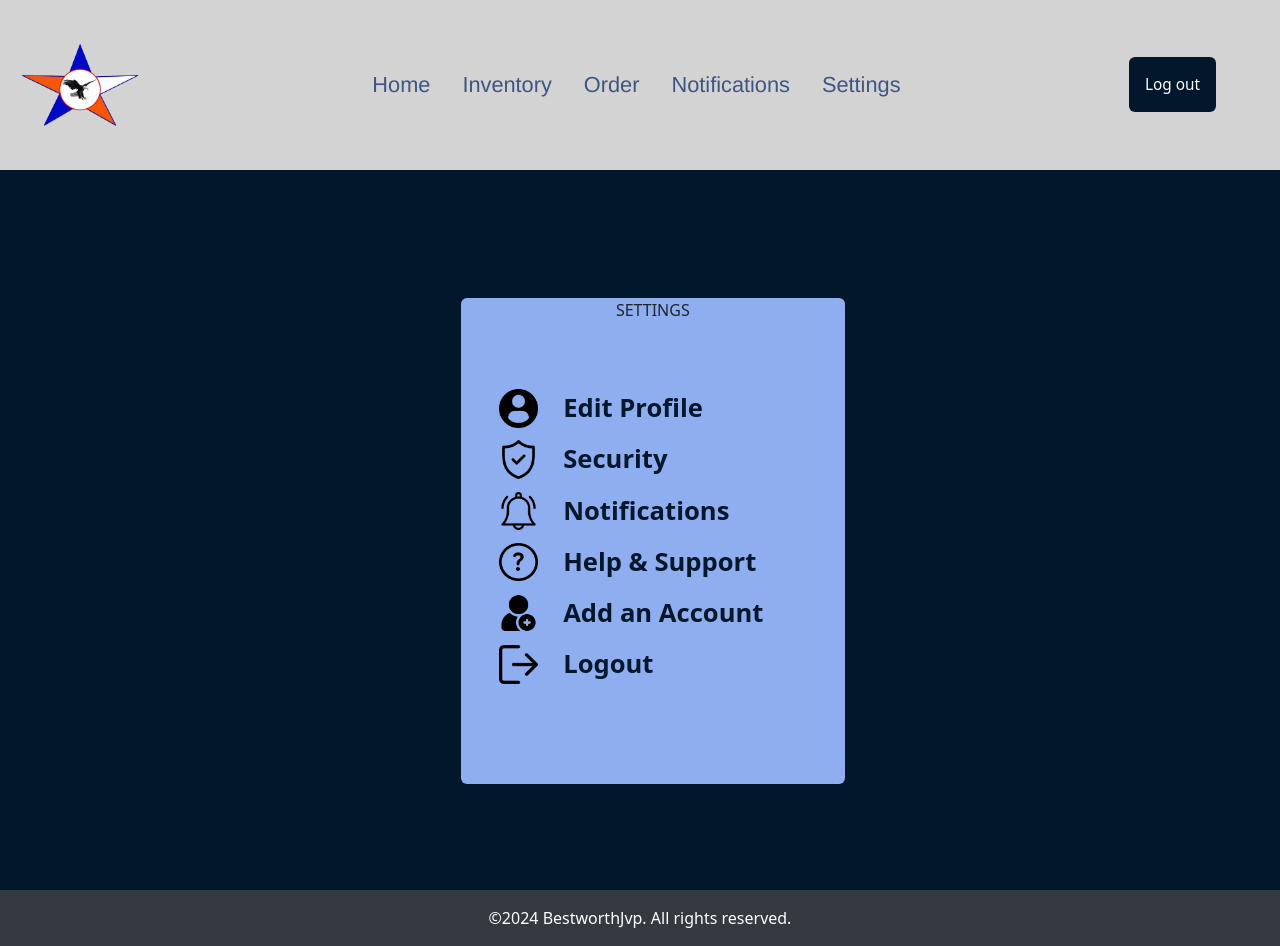
Repository: OVictor21/inventory
Page: /Setting
An editor plug-in stored every save of this project. The page is shown before and after a run of saves, followed by the edit.
The browser window is 1280 px wide. The pictures show the whole page.
The project was rebuilt for these pictures with package versions that can differ from the ones it lists, and the page was loaded fresh each time. Also part of the build but not shown: src/components/login.jsx, src/components/signup.jsx, src/components/reset1.jsx, src/components/reset2.jsx, src/pages/Admin.jsx.

Above is the page before, as saved 2024-12-16 19:58:18.

### src/index.css

.logo {
  background-size: cover;
  background-repeat: no-repeat;
  background-position: center;
  height: auto;
  width:9rem ;
}

.sign-in{
  width: 40vw;
  height: 65vw;
  left: 45vw;
  top: -10vw;
  overflow: hidden;
}

.login {
  display: flex;
  flex-direction: column;
  min-height: 100vh;
  overflow: hidden;

}

.nav-body {
  flex-grow: 1;
  background-color: #D3D3D3;
  width: 35vw;
  height: 65vw;
}

.text{
  top: 5vw;
  left: 6vw;
  background: linear-gradient(180deg, rgb(51, 85, 136) 13.5%, rgb(206, 208, 214) 100%);
  -webkit-background-clip: text !important;
  background-clip: text;
  -webkit-text-fill-color: transparent;
  text-fill-color: transparent;
  font-family: "Montserrat-Bold", Helvetica;
  font-weight: 700;
  color: transparent;
  font-size: 4vw;
  letter-spacing: 0;
  line-height: normal;
}



.text-wrapper-8 {
  background: linear-gradient(180deg, rgb(51, 85, 136) 13.5%, rgb(206, 208, 214) 100%);
  -webkit-background-clip: text !important;
  background-clip: text;
  -webkit-text-fill-color: transparent;
  text-fill-color: transparent;
  font-family: "Montserrat-Bold", Helvetica;
  font-weight: 600;
  color: transparent;
  font-size: 2vw;
  letter-spacing: 0;
  line-height: normal;
  top: 13vw;
  left: 6vw;
}

.email-text{
  font-size: 1.2vw;

}

.email{
  top: 17vw;
  left: 6vw;
}

.email-in{
  top: 23vw;
  left: 6vw;
  width: 80%;
  max-width: 80%;
  height: 5%;
}

.pass{
  top: 27vw;
  left: 6vw;
}

.pass-in{
  top: 33vw;
  left: 6vw;
  width: 80%;
  max-width: 80%;
  height: 5%;

}

.text-wrapper-7{
  font-family: "Montserrat-Regular", Helvetica;
  font-weight: 400;
  color: #00000061;
  font-size: 1.3vw;
  letter-spacing: 0;
  line-height: normal;
  top: 30vw;
  text-decoration: none;
  right: 2vw;
}



.sign-btn{
  background: linear-gradient(180deg, rgb(51, 85, 136) 93.5%, rgb(206, 208, 214) 97%);
  font-family: "Montserrat-Bold", Helvetica;
  font-weight: 700;
  font-size: 1.5rem;
  letter-spacing: 0;
  line-height: normal;
  width: 80%;
  height: 3rem;
  top: 42vw;
  left: 6vw;
  /* box-shadow: 0px 22px 75px #00000040; */
}


.acct{
  font-family: "Montserrat-Regular", Helvetica;
  font-weight: 700;
  color: #000000;
  font-size: 1.5vw;
  letter-spacing: 0;
  line-height: normal;
  top: 52vw;
  left: 6vw;
}

.acct-1{
  font-family: "Montserrat-Bold", Helvetica;
  font-weight: 700;
  color: rgb(51, 85, 136);
  font-size: 1.5vw;
  text-decoration: none;
  letter-spacing: 0;
  line-height: normal;
  top: 52vw;
  right: 3vw;
}



.pass-text{
font-size: 1.2vw;
}
.footer-body {
  background-color: #343a40; /* Example background color */
  text-align: center;
  padding: 1rem 0;
  margin-top: auto; /* Pushes the footer to the bottom */
}



.side{
  background-color: #D3D3D3;
}
.footers{
  top: 99vh;
  right: 0vw;
  background-color: #343a40;
}

.signuptext{
  top: 5vw;
  left: 6vw;
  background: linear-gradient(180deg, rgb(51, 85, 136) 13.5%, rgb(206, 208, 214) 100%);
  -webkit-background-clip: text !important;
  background-clip: text;
  -webkit-text-fill-color: transparent;
  text-fill-color: transparent;
  font-family: "Montserrat-Bold", Helvetica;
  font-weight: 700;
  color: transparent;
  font-size: 3vw;
  letter-spacing: 0;
  line-height: normal;
}

.nav{
  background-color: #D3D3D3;
}

.logo{
  width: 10vw;
  height: 7vw;
}

nav {
  background-color: #D3D3D3;

}


.navbar-brand img {
  max-width: 10vw;
  min-width: 5vw;
}

.navv{
  color: white;
}

.nav-text-current {
  font-family: "Montserrat", Helvetica;
  font-weight: 700;
  color: #ffffff;
  font-size: 1.5vw;
}

.nav-text {
  font-family: "Montserrat", Helvetica;
  font-weight: 700;
  color: #ffffff;
  font-size: 2.5vw;

}

.nav-link.nav-text {
  font-family: "Montserrat", Helvetica;
  font-weight: 400;
  color: #3d5583 !important;
  font-size: 1.7vw;
}

.navbar-nav .nav-link.nav-text:hover {
  color: rgb(143, 174, 240) !important;
}

.logout{
  background-color: #03172c !important;
}

.logout:hover {
  color: rgb(143, 174, 240) !important;
}

.nav-link.nav-text-2{
  color: white;
  font-size: 1.2vw;
}

.nav-link.nav-text-2:hover{
  color: rgb(143, 174, 240) !important;
}

.admin-body{
  background-color: #03172c;
}

.inventory{
  width: 35vw;
  height: 10vw;
  background-color:rgb(143, 174, 240) ;
  overflow: hidden;
}

.inventory-logo{
  width: 5vw;
  height: 3vw;
}

.admin-text{
  font-size: 2vw;
  font-weight: 600;
  color: #03172c ;
  left: 16vw;
  top:3vw;
}

.admin-footer {
  background-color: #343a40; /* Example background color */
  text-align: center;
  padding: 1rem 0;
  margin-top: auto; /* Pushes the footer to the bottom */
}

.admin-logo{
  left: 5vw;
  top:2vw;
}
.setting-body{
  background-color: #03172c;
}
.setting{
  width: 30vw;
  height: 38vw;
  background-color:rgb(143, 174, 240) ;
  overflow: hidden;
  left: 36vw;
  top: 10vw;
}

.user-logo{
  width: 3vw;
  height: 3vw;
}

.profile-logo{
  left: 3vw;
  top:4vw;
}

.user-text{
  font-size: 2vw;
  font-weight: 600;
  color: #03172c ;
  left: 8vw;
  top:4vw;
}

.security-text{
  font-size: 2vw;
  font-weight: 600;
  color: #03172c ;
  left: 8vw;
  top:8vw;
}

.notify-text{
  font-size: 2vw;
  font-weight: 600;
  color: #03172c ;
  left: 8vw;
  top:12vw;
}

.help-text{
  font-size: 2vw;
  font-weight: 600;
  color: #03172c ;
  left: 8vw;
  top:16vw;
}

.acc-text{
  font-size: 2vw;
  font-weight: 600;
  color: #03172c ;
  left: 8vw;
  top:20vw;
}

.logout-text{
  font-size: 2vw;
  font-weight: 600;
  color: #03172c ;
  left: 8vw;
  top:24vw;
}

.security-logo{
  left: 3vw;
  top:8vw;
}

.notify-logo{
  left: 3vw;
  top:12vw;
}

.help-logo{
  left: 3vw;
  top:16vw;
}

.acc-logo{
  left: 3vw;
  top:20vw;
}

.logout-logo{
  left: 3vw;
  top:24vw;
}

.security-text{
  fo
}

### src/App.js
// import Navbar from './components/navbar';
import 'bootstrap/dist/css/bootstrap.min.css';
import { BrowserRouter as Router, Route, Routes } from "react-router-dom";
// import Home from "./components/home";
import Login from "./components/login";
import Signup from './components/signup';
import Reset1 from './components/reset1';
import Reset2 from './components/reset2';
import Admin from './pages/Admin';
import Setting from './pages/setting';



function App() {
  return (
    <div className="App">
      <Router>
      <Routes>
        <Route path="/Login" element={<Login />} />
        <Route path="/Signup" element={<Signup/>} />
        <Route path='/Reset1' element={<Reset1/>} />
        <Route path='/Reset2' element={<Reset2 />} />
        <Route path='/Admin' element={<Admin/>} />
        <Route path='/Setting' element={<Setting/>}/>

      </Routes>
    </Router>
    </div>
  );
}

export default App;

### src/pages/setting.jsx
import Navbar from "../components/navbar";

const Setting = () => {
  return (
    <div>
    <Navbar/>
    <div className="setting-body min-vh-100 d-flex flex-column position-relative ">
        <div className="setting justify-content-center rounded-2 mb-4 position-absolute ">
          <p className="text-center setting-text">SETTINGS</p>
          <div className="user-logo position-relative ">

            <img className="d-block w-100 position-absolute profile-logo" src="/user.png" alt="Logo" />
            <a href="/Inventory " className="user-text  position-absolute text-decoration-none text-nowrap">Edit Profile</a>

            <img className="d-block w-100 position-absolute security-logo" src="/security.png" alt="Logo" />
            <a href="/Inventory " className="security-text  position-absolute text-decoration-none text-nowrap">Security</a>

            <img className="d-block w-100 position-absolute notify-logo" src="/notification.png" alt="Logo" />
            <a href="/Notification " className="notify-text  position-absolute text-decoration-none text-nowrap">Notifications</a>

            <img className="d-block w-100 position-absolute help-logo" src="/help.png" alt="Logo" />
            <a href="/Help " className="help-text  position-absolute text-decoration-none text-nowrap">Help & Support</a>

            <img className="d-block w-100 position-absolute acc-logo" src="/add-user.png" alt="Logo" />
            <a href="/Addacc " className="acc-text  position-absolute text-decoration-none text-nowrap">Add an Account</a>

            <img className="d-block w-100 position-absolute logout-logo" src="/logout.png" alt="Logo" />
            <a href="/Logout " className="logout-text  position-absolute text-decoration-none text-nowrap">Logout</a>
          </div>
        </div>
   </div>

   <footer className="mt-auto text-center py-3 w-100 position-absolute admin-footer text-white ">
            <p className="mb-0">&copy;2024 BestworthJvp. All rights reserved.</p>

          </footer>
    </div>


  )
}

export default Setting;

### src/components/navbar.jsx
import 'bootstrap/dist/js/bootstrap.bundle.min';

const Navbar = () => {
  return (
    <nav className="navbar navbar-expand-md justify-content-center p-3 z-1">

    <a className="navbar-brand d-flex me-auto" href="#">
        <img class="block w-100" src="/logo.png" alt="Logo"/>
    </a>
   <button class="navbar-toggler ms-auto" type="button" data-bs-toggle="collapse"
                data-bs-target="#collapseNavbar">
                <span class="navbar-toggler-icon"></span>
            </button>
    <div className="navbar-collapse collapse" id="collapseNavbar">

        <ul className="navbar-nav justify-content-center w-100">
            <li class="nav-item m-2 ">
                <a className="nav-link nav-text" href="/Home">Home</a>
            </li>

            <li className="nav-item m-2">
                <a className="nav-link nav-text" href="/Iventory">Inventory</a>
            </li>
            <li className="nav-item m-2">
                <a className="nav-link nav-text" href="/Order">Order</a>
            </li>
            <li className="nav-item m-2">
                <a className="nav-link nav-text" href="/Notifications">Notifications</a>
            </li>
            <li className="nav-item m-2">
                <a className="nav-link nav-text" href="/Setting">Settings</a>
            </li>

        </ul>

        <ul className="navbar-nav ms-auto justify-content-end mx-5">
                    <li className="nav-item logout p-2 rounded-2">
                        <a className="nav-link nav-text-2 text-nowrap" href="/Sign in/index.html">Log out</a>
                    </li>
                </ul>
    </div>
</nav>
  )
}

export default Navbar;


<script src="https://cdn.jsdelivr.net/npm/bootstrap@5.3.0/dist/js/bootstrap.bundle.min.js"></script>

Loaded but not shown: public/index.html (common file); src/index.js (common file); src/reportWebVitals.js (common file)

After the next 4 saves:
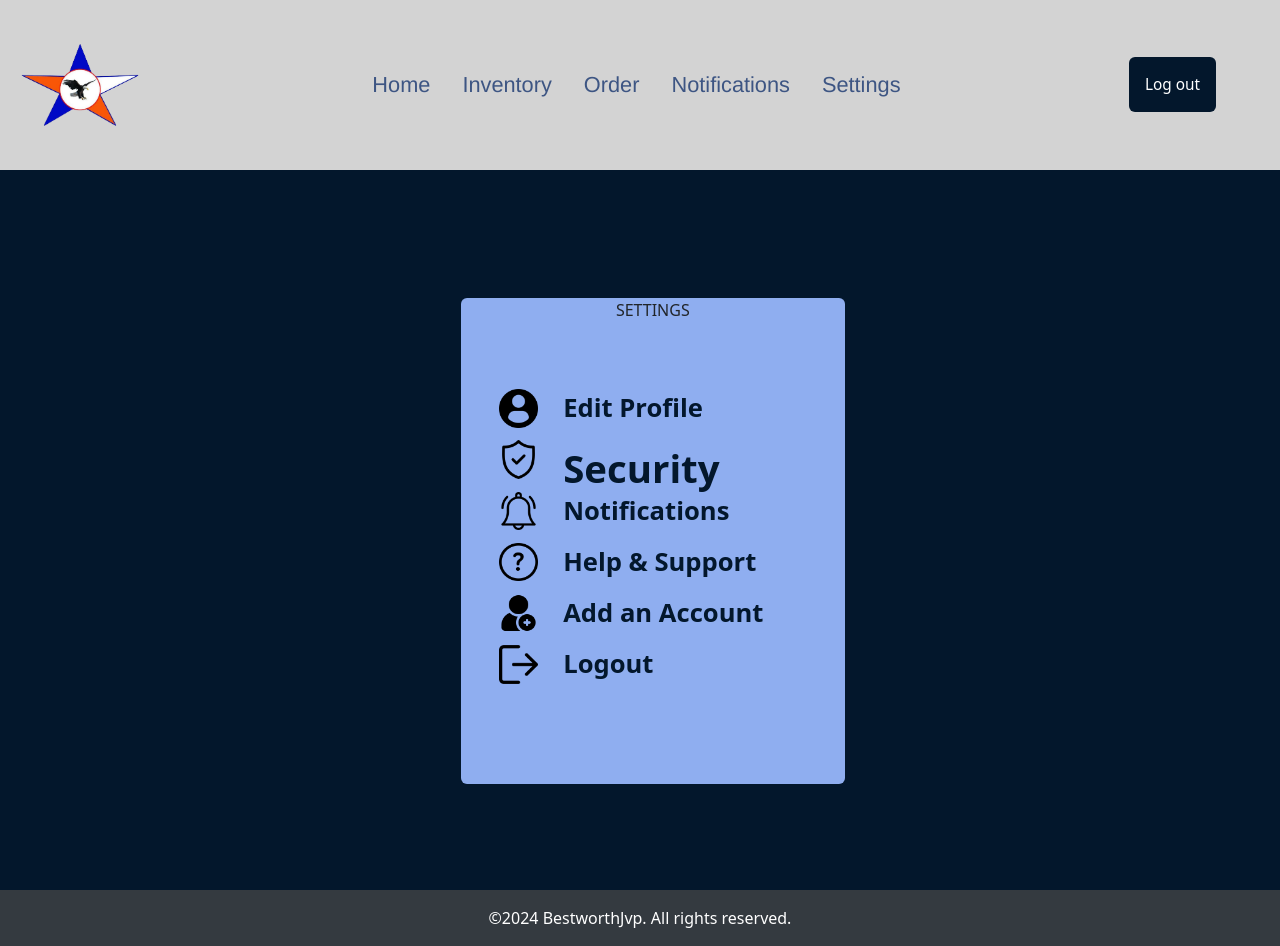
The 4 saves are shown as one change because they came seconds apart.
The last was saved 12 s later.
--- a/src/index.css
+++ b/src/index.css
@@ -385,5 +385,6 @@ nav {
 }
 
 .security-text{
-  fo
-}
+  font-size: 3vw;
+  font-weight: 600;
+}
